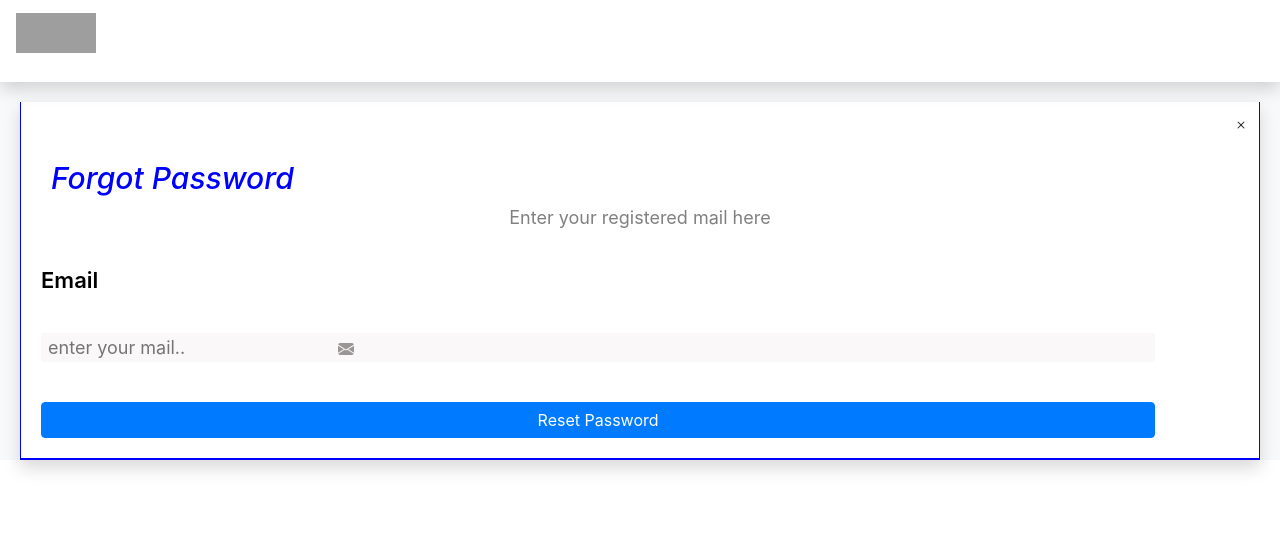
Repository: siri548/Karyakartha
Page: forgotPage.html
The author's editor kept a copy of each file at every save. The page is drawn from the files as they stood at one save, then again after a run of saves.
The browser window is 1280 px wide. The pictures show the whole page.
Pictures or frames that could not be fetched are drawn as grey boxes.

Above is the page before, as saved 2023-11-04 18:52:04.
Console error (its wording comes from the project's code and is left out).

After the next 4 saves:
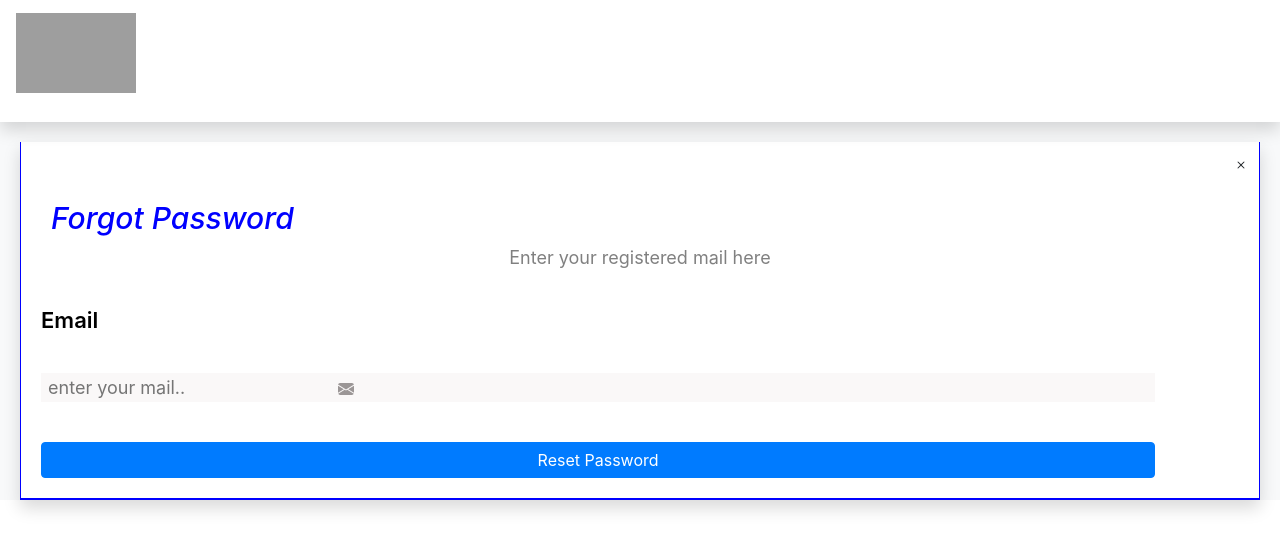
The 4 saves are shown as one change because they came seconds apart.
The last was saved 30 s later.
--- a/forgotPage.css
+++ b/forgotPage.css
@@ -3,8 +3,8 @@
 }
 
 .logo {
-    width: 80px;
-    height: 40px;
+    width: 120px;
+    height: 80px;
     background-size: cover;
 }
 
